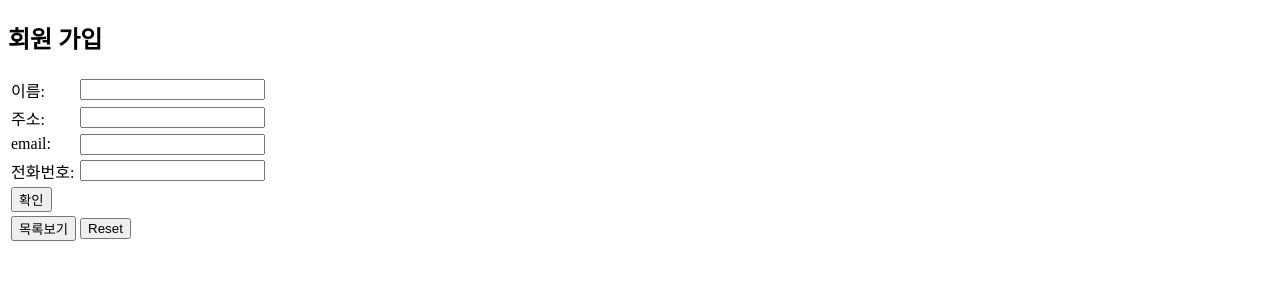
Repository: kdh2212/KDT_code
Page: http://localhost/20250804Web/regMemberForm.jsp
An editor plug-in stored every save of this project. The page is shown before and after the next save, followed by the edit.
The browser window is 1280 px wide. The pictures show the whole page.
The page is served by Tomcat 9. Other server files are loaded and not shown.

Above is the page before, as saved 2025-08-04 07:24:51.

### 20250804Web/src/main/webapp/regMemberForm.jsp
<%@ page language="java" contentType="text/html; charset=UTF-8"
    pageEncoding="UTF-8"%>
<!DOCTYPE html>
<html>
<head>
<meta charset="UTF-8">
<title>Insert title here</title>
</head>
<body>
<h2>회원 가입</h2>
<table>
<form action="regMember.jsp" method="post">
<tr><td>이름:</td><td><input type="text" name="kname"/></td></tr>
<tr><td>주소:</td><td><input type="text" name="addr"/></td></tr>
<tr><td>email:</td><td><input type="text" name="email"/></td></tr>
<tr><td>전화번호:</td><td><input type="text" name="phone"/></td></tr>
<tr><td><input type= "submit" value = "확인"/><tr><td><input type= "button" value = "목록보기"/></td><td><input type="reset"/></td></tr>
</form>
</table>
</body>
</html>

After the next save:
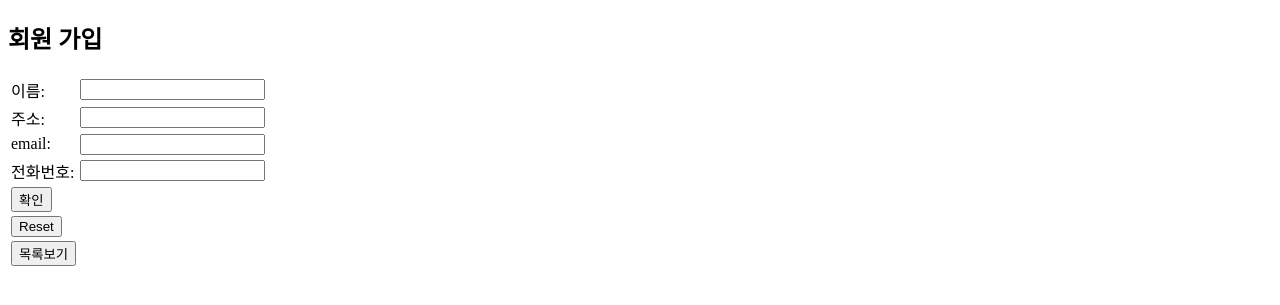
Saved 12 s later.
--- a/20250804Web/src/main/webapp/regMemberForm.jsp
+++ b/20250804Web/src/main/webapp/regMemberForm.jsp
@@ -14,7 +14,7 @@
 <tr><td>주소:</td><td><input type="text" name="addr"/></td></tr>
 <tr><td>email:</td><td><input type="text" name="email"/></td></tr>
 <tr><td>전화번호:</td><td><input type="text" name="phone"/></td></tr>
-<tr><td><input type= "submit" value = "확인"/><tr><td><input type= "button" value = "목록보기"/></td><td><input type="reset"/></td></tr>
+<tr><td><input type= "submit" value = "확인"/><tr></td><td><input type="reset"/></td></tr><td><input type= "button" value = "목록보기"/>
 </form>
 </table>
 </body>
